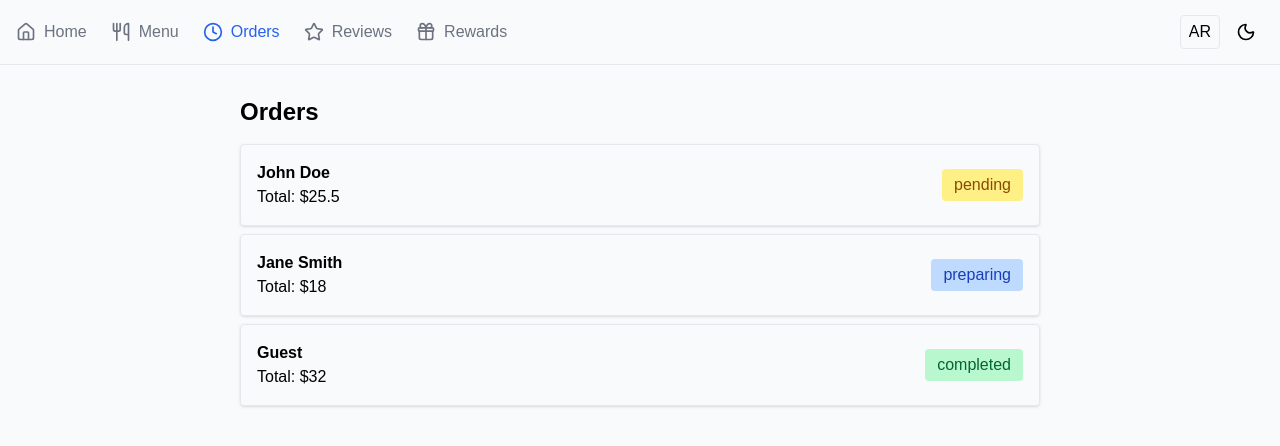
Repository: GraduationMERN/restaurant-system
Page: /orders (app in client/)
The author's editor kept a copy of each file at every save. The page is drawn from the files as they stood at one save, then again after the next save.
The browser window is 1280 px wide. The pictures show the whole page.
The project was rebuilt for these pictures with package versions that can differ from the ones it lists, and the page was loaded fresh each time. Also part of the build but not shown: client/vite.config.js, client/src/pages/ReviewsPage.jsx, client/src/pages/LandingPage.jsx, client/src/pages/RewardPage.jsx, client/src/components/ui/badge/Badge.jsx, client/src/components/ecommerce/EcommerceMetrics.jsx, client/src/components/ui/dropdown/Dropdown.jsx, client/src/components/ui/dropdown/DropdownItem.jsx and 30 more. Imported but missing from the stored project, and not drawn on this page: client/src/components/form/input/InputField, client/src/pages/admin/UserProfiles.

Above is the page before, as saved 2025-11-29 02:10:01.

### client/index.html
<!doctype html>
<html lang="en">
  <head>
    <meta charset="UTF-8" />
    <link rel="icon" type="image/svg+xml" href="/vite.svg" />
    <meta name="viewport" content="width=device-width, initial-scale=1.0" />
    <title>Restuarant</title>
  </head>
  <body>
    <div id="root"></div>
    <script type="module" src="/src/main.jsx"></script>
  </body>
</html>

### client/src/main.jsx
import { StrictMode } from 'react'
import { createRoot } from 'react-dom/client'
import './index.css'
import "swiper/swiper-bundle.css";
import "flatpickr/dist/flatpickr.css";
import App from './App.jsx'
import './i18n';
import { AppWrapper } from "./components/common/PageMeta.jsx";
import { ThemeProvider } from "./context/ThemeContext.jsx";
createRoot(document.getElementById('root')).render(
  // <StrictMode>
  <ThemeProvider>
    <AppWrapper>
      <App />
    </AppWrapper>
  </ThemeProvider>
  // </StrictMode>,
)

### client/src/App.jsx
import { BrowserRouter, Routes, Route } from "react-router-dom";
import ReviewsPage from "./pages/ReviewsPage";
import LandingPage from "./pages/LandingPage";
import Layout from "./components/Layout";
import RewardPage from "./pages/RewardPage";
import Admin from "./pages/admin/Admin";
import AppLayout from "./layout/admin-layout/AppLayout";
import { ScrollToTop } from "./components/common/ScrollToTop";
import OrderPage from "./features/orders/ui/OrderPage";

function App() {
  return (
    <BrowserRouter>
      <ScrollToTop />
      <Layout>
        <Routes>
          <Route path="/" element={<LandingPage />} />
          <Route path="/reviews" element={<ReviewsPage />} />
          <Route path="/rewards" element={<RewardPage />} />
           <Route path="/orders" element={<OrderPage />} />
          {/* Single Admin Page with section sub-route */}
          <Route element={<AppLayout />}>
            <Route path="/admin/:section?" element={<Admin />} />
          </Route>
        </Routes>
      </Layout>
    </BrowserRouter>
  );
}

export default App;

### client/src/components/common/PageMeta.jsx
import { HelmetProvider, Helmet } from "react-helmet-async";

const PageMeta = ({ title, description }) => (
  <Helmet>
    <title>{title}</title>
    <meta name="description" content={description} />
  </Helmet>
);

export const AppWrapper = ({ children }) => (
  <HelmetProvider>{children}</HelmetProvider>
);

export default PageMeta;

### client/src/context/ThemeContext.jsx
import { createContext, useState, useContext, useEffect } from "react";

const ThemeContext = createContext(undefined);

export const ThemeProvider = ({ children }) => {
  const [theme, setTheme] = useState("light");
  const [isInitialized, setIsInitialized] = useState(false);

  useEffect(() => {
    // This code will only run on the client side
    const savedTheme = localStorage.getItem("theme");
    const initialTheme = savedTheme || "light"; // Default to light theme

    setTheme(initialTheme);
    setIsInitialized(true);
  }, []);

  useEffect(() => {
    if (isInitialized) {
      localStorage.setItem("theme", theme);
      if (theme === "dark") {
        document.documentElement.classList.add("dark");
      } else {
        document.documentElement.classList.remove("dark");
      }
    }
  }, [theme, isInitialized]);

  const toggleTheme = () => {
    setTheme((prevTheme) => (prevTheme === "light" ? "dark" : "light"));
  };

  return (
    <ThemeContext.Provider value={{ theme, toggleTheme }}>
      {children}
    </ThemeContext.Provider>
  );
};

export const useTheme = () => {
  const context = useContext(ThemeContext);
  if (context === undefined) {
    throw new Error("useTheme must be used within a ThemeProvider");
  }
  return context;
};

### client/src/admin.css
@theme {
  --font-*: initial;
  --font-outfit: Outfit, sans-serif;

  --breakpoint-*: initial;
  --breakpoint-2xsm: 375px;
  --breakpoint-sm: 640px;
  --breakpoint-md: 768px;
  --breakpoint-lg: 1024px;
  --breakpoint-xl: 1280px;
  --breakpoint-2xl: 1536px;

  --text-title-2xl: 72px;
  --text-title-2xl--line-height: 90px;
  --text-title-xl: 60px;
  --text-title-xl--line-height: 72px;
  --text-title-lg: 48px;
  --text-title-lg--line-height: 60px;
  --text-title-md: 36px;
  --text-title-md--line-height: 44px;
  --text-title-sm: 30px;
  --text-title-sm--line-height: 38px;
  --text-theme-xl: 20px;
  --text-theme-xl--line-height: 30px;
  --text-theme-sm: 14px;
  --text-theme-sm--line-height: 20px;
  --text-theme-xs: 12px;
  --text-theme-xs--line-height: 18px;

  --color-current: currentColor;
  --color-transparent: transparent;
  --color-white: #ffffff;

  --color-brand-50: #ecf3ff;
  --color-brand-100: #dde9ff;
  --color-brand-200: #c2d6ff;
  --color-brand-300: #9cb9ff;
  --color-brand-400: #7592ff;
  --color-brand-500: #465fff;
  --color-brand-600: #3641f5;
  --color-brand-700: #2a31d8;
  --color-brand-800: #252dae;
  --color-brand-900: #262e89;

  --color-blue-light-50: #f0f9ff;
  --color-blue-light-100: #e0f2fe;
  --color-blue-light-200: #b9e6fe;
  --color-blue-light-300: #7cd4fd;
  --color-blue-light-400: #36bffa;
  --color-blue-light-500: #0ba5ec;
  --color-blue-light-600: #0086c9;
  --color-blue-light-700: #026aa2;
  --color-blue-light-800: #065986;
  --color-blue-light-900: #0b4a6f;

  --color-gray-50: #f9fafb;
  --color-gray-100: #f2f4f7;
  --color-gray-200: #e4e7ec;
  --color-gray-300: #d0d5dd;
  --color-gray-400: #98a2b3;
  --color-gray-500: #667085;
  --color-gray-600: #475467;
  --color-gray-700: #344054;
  --color-gray-800: #1d2939;
  --color-gray-900: #101828;

  --color-gray-dark: #1a2231;

  --color-orange-50: #fff6ed;
  --color-orange-100: #ffead5;
  --color-orange-200: #fddcab;
  --color-orange-300: #feb273;
  --color-orange-400: #fd853a;
  --color-orange-500: #fb6514;
  --color-orange-600: #ec4a0a;
  --color-orange-700: #c4320a;
  --color-orange-800: #9c2a10;
  --color-orange-900: #7e2410;

  --color-success-50: #ecfdf3;
  --color-success-100: #d1fadf;
  --color-success-200: #a6f4c5;
  --color-success-300: #6ce9a6;
  --color-success-400: #32d583;
  --color-success-500: #12b76a;
  --color-success-600: #039855;
  --color-success-700: #027a48;
  --color-success-800: #05603a;
  --color-success-900: #054f31;

  --color-error-50: #fef3f2;
  --color-error-100: #fee4e2;
  --color-error-200: #fecdca;
  --color-error-300: #fda29b;
  --color-error-400: #f97066;
  --color-error-500: #f04438;
  --color-error-600: #d92d20;
  --color-error-700: #b42318;
  --color-error-800: #912018;
  --color-error-900: #7a271a;

  --color-warning-50: #fffaeb;
  --color-warning-100: #fef0c7;
  --color-warning-200: #fedf89;
  --color-warning-300: #fec84b;
  --color-warning-400: #fdb022;
  --color-warning-500: #f79009;
  --color-warning-600: #dc6803;
  --color-warning-700: #b54708;
  --color-warning-800: #93370d;
  --color-warning-900: #7a2e0e;

  --shadow-theme-md: 0px 4px 8px -2px rgba(16, 24, 40, 0.1),
    0px 2px 4px -2px rgba(16, 24, 40, 0.06);
  --shadow-theme-lg: 0px 12px 16px -4px rgba(16, 24, 40, 0.08),
    0px 4px 6px -2px rgba(16, 24, 40, 0.03);
  --shadow-theme-sm: 0px 1px 3px 0px rgba(16, 24, 40, 0.1),
    0px 1px 2px 0px rgba(16, 24, 40, 0.06);
  --shadow-theme-xs: 0px 1px 2px 0px rgba(16, 24, 40, 0.05);
  --shadow-theme-xl: 0px 20px 24px -4px rgba(16, 24, 40, 0.08),
    0px 8px 8px -4px rgba(16, 24, 40, 0.03);
  --shadow-focus-ring: 0px 0px 0px 4px rgba(70, 95, 255, 0.12);

  --z-index-1: 1;
  --z-index-999: 999;
  --z-index-99999: 99999;
}

@layer base {
  *,
  ::after,
  ::before,
  ::backdrop,
  ::file-selector-button {
    border-color: var(--color-gray-200, currentColor);
  }
  button:not(:disabled),
  [role="button"]:not(:disabled) {
    cursor: pointer;
  }
  body {
    @apply relative font-normal font-outfit z-1 bg-gray-50 dark:bg-gray-900;
  }
}

@utility menu-item {
  @apply relative flex items-center w-full gap-3 px-3 py-2 font-medium rounded-lg text-theme-sm;
}

@utility menu-item-active {
  @apply bg-brand-50 text-brand-500 dark:bg-brand-500/[0.12] dark:text-brand-400;
}

@utility menu-item-inactive {
  @apply text-gray-700 hover:bg-gray-100 group-hover:text-gray-700 dark:text-gray-300 dark:hover:bg-white/5 dark:hover:text-gray-300;
}

@utility menu-item-icon-active {
  @apply text-brand-500 dark:text-brand-400;
}

@utility menu-item-icon-size {
  & svg {
    @apply !size-6;
  }
}

@utility menu-item-icon-inactive {
  @apply text-gray-500 group-hover:text-gray-700 dark:text-gray-400 dark:group-hover:text-gray-300;
}

### client/src/components/Layout.jsx
import DesktopNav from "./DesktopNav";
import Navbar from "./Navbar";
import { useLocation } from "react-router-dom";

export default function Layout({ children }) {
  const location = useLocation();
  const isAdmin = location.pathname.startsWith("/admin");

  return (
    <div className="min-h-screen">
      {/* Desktop horizontal navbar */}
      {!isAdmin && <DesktopNav />}

      {/* Main content */}
      <div className={`w-full flex justify-center ${!isAdmin ? "pt-20 pb-20 md:pb-4" : ""}`}>
        <div className="w-full max-w-xl px-4 md:max-w-4xl md:px-8">
          {children}
        </div>
      </div>

      {/* Mobile bottom navbar */}
      {!isAdmin && (
        <div className="md:hidden fixed bottom-0 left-0 right-0 bg-white shadow-lg border-t border-gray-200 z-50">
          <div className="w-full max-w-xl mx-auto h-16 flex justify-between items-center px-4">
            <Navbar />
          </div>
        </div>
      )}
    </div>
  );
}

### client/src/features/orders/ui/OrderPage.jsx
import OrderList from "./OrderList";
import { useOrdersController } from "../orderController";

const OrderPage = () => {
  const { orders, loading, error } = useOrdersController();

  if (loading) return <p>Loading orders...</p>;
  if (error) return <p className="text-red-500">{error}</p>;

  return (
    <div className="p-4">
      <h1 className="text-2xl font-bold mb-4">Orders</h1>
      <OrderList orders={orders} />
    </div>
  );
};

export default OrderPage;

### client/src/components/DesktopNav.jsx
/* DesktopNav.jsx */
import { Home, Utensils, Clock4, Star, Gift, Moon } from "lucide-react";
import { Link, useLocation } from "react-router-dom";
import { useTranslation } from "react-i18next";

export default function DesktopNav() {
  const { t, i18n } = useTranslation();
  const location = useLocation();

  const isActive = (path) => location.pathname === path;

  return (
    <div className="hidden md:block fixed top-0 left-0 right-0 bg-background border-b z-50">
      <div className="max-w-7xl mx-auto px-4 h-16 flex justify-between items-center">
        <div className="flex gap-6">
          <Link to="/" className={`flex items-center gap-2 ${isActive('/') ? 'text-primary' : 'text-muted'}`}>
            <Home size={20} />
            {t("home")}
          </Link>
          <Link to="/menu" className={`flex items-center gap-2 ${isActive('/menu') ? 'text-primary' : 'text-muted'}`}>
            <Utensils size={20} />
            {t("menu")}
          </Link>
          <Link to="/orders" className={`flex items-center gap-2 ${isActive('/orders') ? 'text-primary' : 'text-muted'}`}>
            <Clock4 size={20} />
            {t("orders")}
          </Link>
          <Link to="/reviews" className={`flex items-center gap-2 ${isActive('/reviews') ? 'text-primary' : 'text-muted'}`}>
            <Star size={20} />
            {t("reviews")}
          </Link>
          <Link to="/rewards" className={`flex items-center gap-2 ${isActive('/rewards') ? 'text-primary' : 'text-muted'}`}>
            <Gift size={20} />
            {t("rewards")}
          </Link>
        </div>

        <div className="flex gap-2 items-center">
          {i18n.language === "en" && (
            <button onClick={() => i18n.changeLanguage("ar")} className="px-2 py-1 border rounded">
              AR
            </button>
          )}
          {i18n.language === "ar" && (
            <button onClick={() => i18n.changeLanguage("en")} className="px-2 py-1 border rounded">
              EN
            </button>
          )}
          <button className="px-2 py-1">
            <Moon size={20} />
          </button>
        </div>
      </div>
    </div>
  );
}

### client/src/components/Navbar.jsx
/* Navbar.jsx (Mobile Bottom Navbar) */
import { Home, Utensils, Clock4, Star, Gift } from "lucide-react";
import { Link, useLocation } from "react-router-dom";
import { useTranslation } from "react-i18next";

export default function Navbar() {
  const { t, i18n } = useTranslation();
  const location = useLocation();
  const isActive = (path) => location.pathname === path;

  return (
    <div className="w-full flex justify-between items-center">
      {i18n.language === "en" && (
        <button onClick={() => i18n.changeLanguage("ar")} className="flex flex-col items-center text-gray-600 hover:text-blue-600 transition-colors">
          <span className="text-xs font-medium">AR</span>
        </button>
      )}
      {i18n.language === "ar" && (
        <button onClick={() => i18n.changeLanguage("en")} className="flex flex-col items-center text-gray-600 hover:text-blue-600 transition-colors">
          <span className="text-xs font-medium">EN</span>
        </button>
      )}

      <Link to="/" className={`flex flex-col items-center transition-colors ${isActive('/') ? 'text-blue-600' : 'text-gray-600 hover:text-blue-600'}`}>
        <Home size={20} />
        <span className="text-xs">{t("home")}</span>
      </Link>
      <Link to="/menu" className={`flex flex-col items-center transition-colors ${isActive('/menu') ? 'text-blue-600' : 'text-gray-600 hover:text-blue-600'}`}>
        <Utensils size={20} />
        <span className="text-xs">{t("menu")}</span>
      </Link>
      <Link to="/orders" className={`flex flex-col items-center transition-colors ${isActive('/orders') ? 'text-blue-600' : 'text-gray-600 hover:text-blue-600'}`}>
        <Clock4 size={20} />
        <span className="text-xs">{t("orders")}</span>
      </Link>
      <Link to="/reviews" className={`flex flex-col items-center transition-colors ${isActive('/reviews') ? 'text-blue-600' : 'text-gray-600 hover:text-blue-600'}`}>
        <Star size={20} />
        <span className="text-xs">{t("reviews")}</span>
      </Link>
      <Link to="/rewards" className={`flex flex-col items-center transition-colors ${isActive('/rewards') ? 'text-blue-600' : 'text-gray-600 hover:text-blue-600'}`}>
        <Gift size={20} />
        <span className="text-xs">{t("rewards")}</span>
      </Link>
    </div>
  );
}

### client/src/features/orders/ui/OrderList.jsx
import OrderCard from "./OrderCard";

const OrderList = ({ orders }) => {
  return (
    <div>
      {orders.length === 0 ? (
        <p className="text-gray-500">No orders found</p>
      ) : (
        orders.map((order) => <OrderCard key={order.id} order={order} />)
      )}
    </div>
  );
};

export default OrderList;

### client/src/features/orders/ui/OrderCard.jsx
const OrderCard = ({ order }) => {
  const statusColor = {
    pending: "bg-yellow-200 text-yellow-800",
    preparing: "bg-blue-200 text-blue-800",
    completed: "bg-green-200 text-green-800",
    cancelled: "bg-red-200 text-red-800",
  };

  return (
    <div className="border rounded p-4 shadow mb-2 flex justify-between items-center">
      <div>
        <h3 className="font-bold">{order.customer}</h3>
        <p>Total: ${order.total}</p>
      </div>
      <span className={`px-3 py-1 rounded ${statusColor[order.status] || "bg-gray-200"}`}>
        {order.status}
      </span>
    </div>
  );
};

export default OrderCard;

Loaded but not shown: client/src/index.css (common file); client/src/components/common/ScrollToTop.jsx (common file); client/src/languages/ArabicLang.json (7 lines, source omitted); client/src/languages/EnglishLang.json (7 lines, source omitted); client/src/icons/admin-icons/index.js (43 lines, source omitted); client/src/i18n.js (30 lines, source omitted); client/src/features/orders/state/orderState.js (24 lines, source omitted); client/src/features/orders/data/orderApi.js (9 lines, source omitted); client/src/features/orders/services/orderService.js (11 lines, source omitted); client/src/features/orders/orderController.js (5 lines, source omitted); client/src/layout/admin-layout/AppSidebar.jsx (280 lines, source omitted)

After the next save:
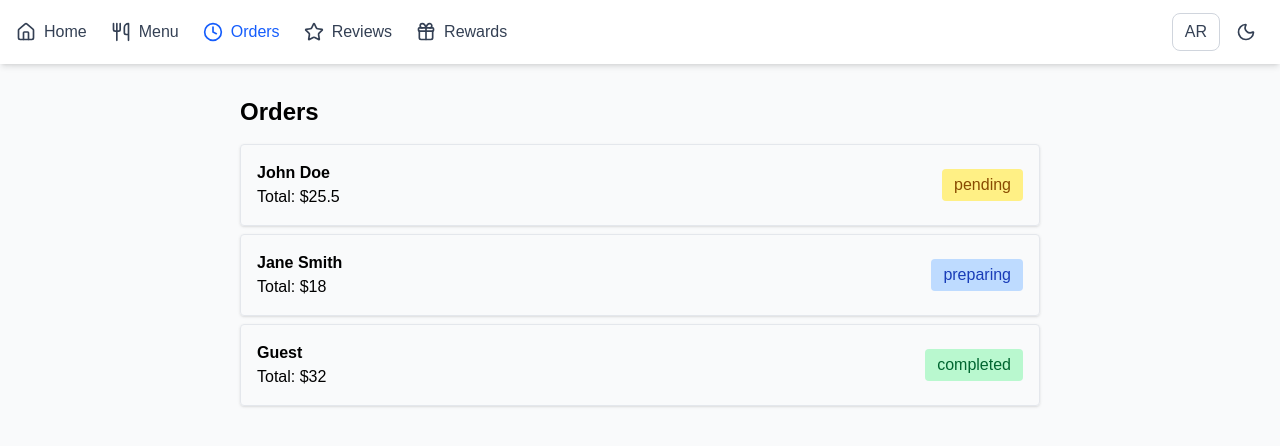
Saved 16 s later.
--- a/client/src/components/DesktopNav.jsx
+++ b/client/src/components/DesktopNav.jsx
@@ -10,26 +10,26 @@ export default function DesktopNav() {
   const isActive = (path) => location.pathname === path;
 
   return (
-    <div className="hidden md:block fixed top-0 left-0 right-0 bg-background border-b z-50">
+    <div className="hidden md:block fixed top-0 left-0 right-0 bg-white shadow-md z-50">
       <div className="max-w-7xl mx-auto px-4 h-16 flex justify-between items-center">
         <div className="flex gap-6">
-          <Link to="/" className={`flex items-center gap-2 ${isActive('/') ? 'text-primary' : 'text-muted'}`}>
+          <Link to="/" className={`flex items-center gap-2 font-medium hover:text-blue-600 transition-colors ${isActive('/') ? 'text-blue-600' : 'text-gray-700'}`}>
             <Home size={20} />
             {t("home")}
           </Link>
-          <Link to="/menu" className={`flex items-center gap-2 ${isActive('/menu') ? 'text-primary' : 'text-muted'}`}>
+          <Link to="/menu" className={`flex items-center gap-2 font-medium hover:text-blue-600 transition-colors ${isActive('/menu') ? 'text-blue-600' : 'text-gray-700'}`}>
             <Utensils size={20} />
             {t("menu")}
           </Link>
-          <Link to="/orders" className={`flex items-center gap-2 ${isActive('/orders') ? 'text-primary' : 'text-muted'}`}>
+          <Link to="/orders" className={`flex items-center gap-2 font-medium hover:text-blue-600 transition-colors ${isActive('/orders') ? 'text-blue-600' : 'text-gray-700'}`}>
             <Clock4 size={20} />
             {t("orders")}
           </Link>
-          <Link to="/reviews" className={`flex items-center gap-2 ${isActive('/reviews') ? 'text-primary' : 'text-muted'}`}>
+          <Link to="/reviews" className={`flex items-center gap-2 font-medium hover:text-blue-600 transition-colors ${isActive('/reviews') ? 'text-blue-600' : 'text-gray-700'}`}>
             <Star size={20} />
             {t("reviews")}
           </Link>
-          <Link to="/rewards" className={`flex items-center gap-2 ${isActive('/rewards') ? 'text-primary' : 'text-muted'}`}>
+          <Link to="/rewards" className={`flex items-center gap-2 font-medium hover:text-blue-600 transition-colors ${isActive('/rewards') ? 'text-blue-600' : 'text-gray-700'}`}>
             <Gift size={20} />
             {t("rewards")}
           </Link>
@@ -37,16 +37,16 @@ export default function DesktopNav() {
 
         <div className="flex gap-2 items-center">
           {i18n.language === "en" && (
-            <button onClick={() => i18n.changeLanguage("ar")} className="px-2 py-1 border rounded">
+            <button onClick={() => i18n.changeLanguage("ar")} className="px-3 py-1.5 border border-gray-300 rounded-lg hover:bg-gray-50 transition-colors text-gray-700 font-medium">
               AR
             </button>
           )}
           {i18n.language === "ar" && (
-            <button onClick={() => i18n.changeLanguage("en")} className="px-2 py-1 border rounded">
+            <button onClick={() => i18n.changeLanguage("en")} className="px-3 py-1.5 border border-gray-300 rounded-lg hover:bg-gray-50 transition-colors text-gray-700 font-medium">
               EN
             </button>
           )}
-          <button className="px-2 py-1">
+          <button className="px-2 py-1.5 hover:bg-gray-100 rounded-lg transition-colors text-gray-700">
             <Moon size={20} />
           </button>
         </div>
